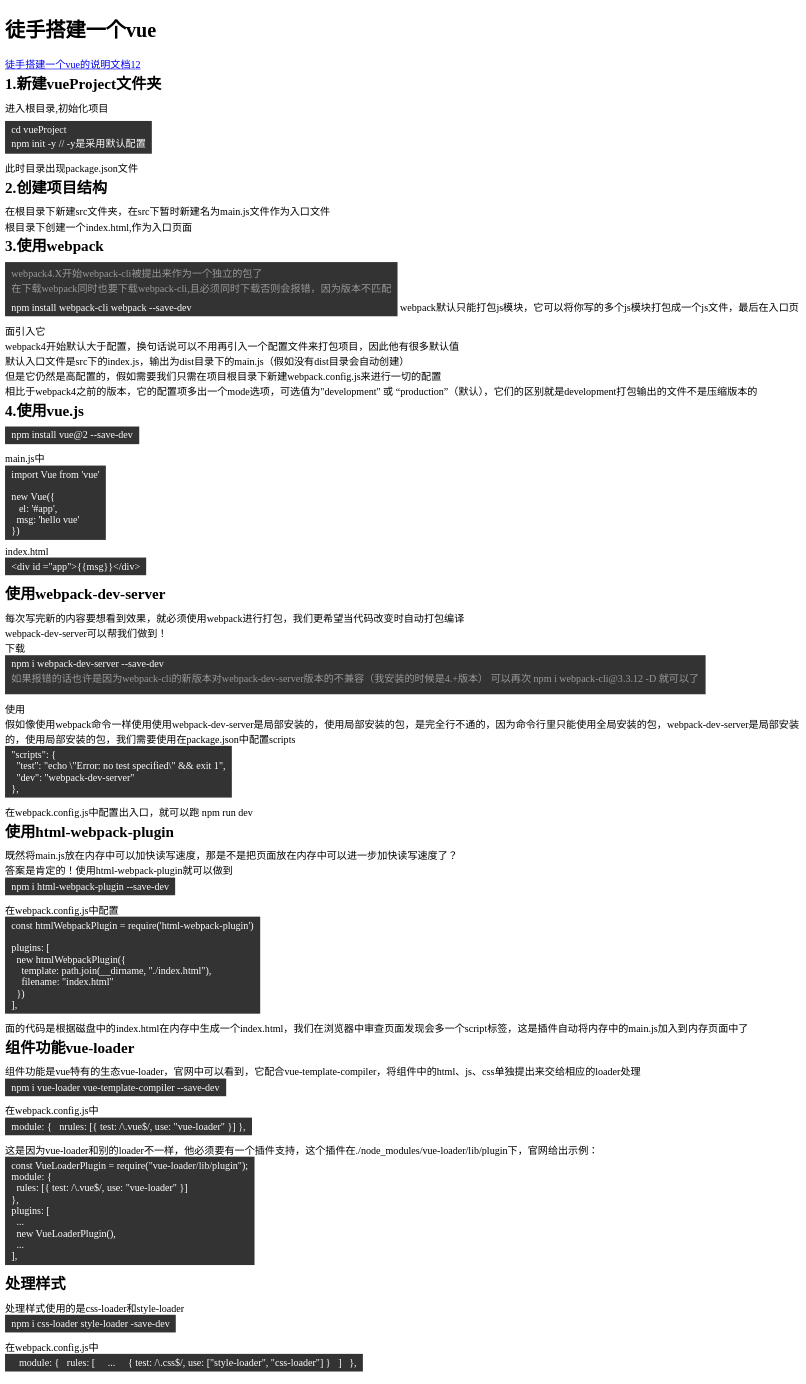
Repository: yuWhy/vue-build-cli
Page: /#/vueBuild
The author's editor kept a copy of each file at every save. The page is drawn from the files as they stood at one save, then again after the next save.
The browser window is 1280 px wide. The pictures show the whole page, at 63% of full size.
The project was rebuilt for these pictures with package versions that can differ from the ones it lists, and the page was loaded fresh each time. Also part of the build but not shown: webpack.config.js, src/router/index.js.

Above is the page before, as saved 2021-02-19 17:08:49.

### index.html
<!DOCTYPE html>
<html lang="en">

<head>
  <meta charset="utf-8">
  <meta http-equiv="X-UA-Compatible" content="IE=edge">
  <meta name="viewport" content="width=device-width,initial-scale=1.0">
</head>

<body>
  <div id="app"></div>
</body>

</html>

### src/main.js
import Vue from 'vue'
import App from "./App.vue"
import router from './router/index.js'

new Vue({
  el: '#app',
  router,
  render: h => h(App)
})

### src/App.vue
<template>
  <div id="app">
    <h1>{{msg}}</h1>
    <router-link to="vueBuild">徒手搭建一个vue的说明文档</router-link>
    <router-link to="hello">1</router-link>
    <router-link to="login">2</router-link>
    <router-view></router-view>
  </div>
</template>

<script>
export default {
  name: 'App',
  data() {
    return {
      msg: '徒手搭建一个vue'
    }
  }
}
</script>

### src/components/vue-build.vue
<template>
  <div>
    <h2>1.新建vueProject文件夹</h2>
    <p>进入根目录,初始化项目</p>
    <div class="dimk">
      cd vueProject <br>
      npm init -y // -y是采用默认配置
    </div>
    <br>
    此时目录出现package.json文件
    <h2>2.创建项目结构</h2>
    在根目录下新建src文件夹，在src下暂时新建名为main.js文件作为入口文件<br>
    根目录下创建一个index.html,作为入口页面
    <h2>3.使用webpack</h2>
    <div class="dimk">
     <p class="hui"> webpack4.X开始webpack-cli被提出来作为一个独立的包了<br>
      在下载webpack同时也要下载webpack-cli,且必须同时下载否则会报错，因为版本不匹配<br></p>
      npm install webpack-cli webpack --save-dev<br>
    </div>
    webpack默认只能打包js模块，它可以将你写的多个js模块打包成一个js文件，最后在入口页面引入它<br>
    webpack4开始默认大于配置，换句话说可以不用再引入一个配置文件来打包项目，因此他有很多默认值<br>
    默认入口文件是src下的index.js，输出为dist目录下的main.js（假如没有dist目录会自动创建）<br>
    但是它仍然是高配置的，假如需要我们只需在项目根目录下新建webpack.config.js来进行一切的配置<br>
    相比于webpack4之前的版本，它的配置项多出一个mode选项，可选值为"development" 或 “production”（默认），它们的区别就是development打包输出的文件不是压缩版本的
    <h2>4.使用vue.js</h2>
    <div class="dimk">npm install vue@2 --save-dev</div><br>
    main.js中<br>
    <div class="dimk">
      import Vue from 'vue'<br><br>
      new Vue({<br>
          &nbsp;&nbsp; el: '#app',<br>
          &nbsp;&nbsp;msg: 'hello vue'<br>
      })<br>
    </div><br>
    index.html<br>
    <div class="dimk">{{t1}}</div><br>
    <h2>使用webpack-dev-server</h2>
    每次写完新的内容要想看到效果，就必须使用webpack进行打包，我们更希望当代码改变时自动打包编译<br>
    webpack-dev-server可以帮我们做到！<br>
    下载<br>
    <div class="dimk">npm i webpack-dev-server --save-dev
      <p class="hui">如果报错的话也许是因为webpack-cli的新版本对webpack-dev-server版本的不兼容（我安装的时候是4.+版本）
  可以再次 npm i webpack-cli@3.3.12 -D 就可以了</p>
    </div><br>
    使用<br>
    假如像使用webpack命令一样使用使用webpack-dev-server是局部安装的，使用局部安装的包，是完全行不通的，因为命令行里只能使用全局安装的包，webpack-dev-server是局部安装的，使用局部安装的包，我们需要使用在package.json中配置scripts<br>
    <div class="dimk">
      "scripts": {<br>
      &nbsp;&nbsp;"test": "echo \"Error: no test specified\" && exit 1",<br>
      &nbsp;&nbsp;"dev": "webpack-dev-server"<br>
      },
    </div><br>
    在webpack.config.js中配置出入口，就可以跑 npm run dev<br>
    <h2>使用html-webpack-plugin</h2>
    既然将main.js放在内存中可以加快读写速度，那是不是把页面放在内存中可以进一步加快读写速度了？<br>
    答案是肯定的！使用html-webpack-plugin就可以做到<br>
    <div class="dimk">npm i html-webpack-plugin --save-dev</div><br>
    在webpack.config.js中配置<br>
    <div class="dimk">
        const htmlWebpackPlugin = require('html-webpack-plugin')<br>
        <br>
        plugins: [<br>
          &nbsp;&nbsp;new htmlWebpackPlugin({<br>
            &nbsp;&nbsp;&nbsp;&nbsp;template: path.join(__dirname, "./index.html"),<br>
            &nbsp;&nbsp;&nbsp;&nbsp;filename: "index.html"<br>
          &nbsp;&nbsp;})<br>
        ],<br>
    </div><br>
    面的代码是根据磁盘中的index.html在内存中生成一个index.html，我们在浏览器中审查页面发现会多一个script标签，这是插件自动将内存中的main.js加入到内存页面中了<br>
  <h2>组件功能vue-loader</h2>
  组件功能是vue特有的生态vue-loader，官网中可以看到，它配合vue-template-compiler，将组件中的html、js、css单独提出来交给相应的loader处理<br>
  <div class="dimk">npm i vue-loader vue-template-compiler --save-dev</div><br>
  在webpack.config.js中<br>
  <div class="dimk">
    module: {
      &nbsp;&nbsp;nrules: [{ test: /\.vue$/, use: "vue-loader" }]
    },
  </div><br>
  这是因为vue-loader和别的loader不一样，他必须要有一个插件支持，这个插件在./node_modules/vue-loader/lib/plugin下，官网给出示例：<br>
  <div class="dimk">
    const VueLoaderPlugin = require("vue-loader/lib/plugin");<br>
    module: {<br>
      &nbsp;&nbsp;rules: [{ test: /\.vue$/, use: "vue-loader" }]<br>
    },<br>
    plugins: [<br>
      &nbsp;&nbsp;...<br>
      &nbsp;&nbsp;new VueLoaderPlugin(),<br>
      &nbsp;&nbsp;...<br>
    ],<br>
    </div><br>
    <h2>处理样式</h2>
    处理样式使用的是css-loader和style-loader<br>
    <div class="dimk">npm i css-loader style-loader -save-dev</div><br>
    在webpack.config.js中<br>
    <div class="dimk">
     &nbsp;&nbsp; module: {
        &nbsp;&nbsp;rules: [
            &nbsp;&nbsp;&nbsp;&nbsp;...
          &nbsp;&nbsp;&nbsp;&nbsp;{ test: /\.css$/, use: ["style-loader", "css-loader"] }
        &nbsp;&nbsp;]
      &nbsp;&nbsp;},
    </div><br>
  </div>
</template>
<script>
export default {
  name: 'vueBuild',
  data() {
    return {
      t1: '<div id ="app">{{msg}}</div>'
    }
  }
}
</script>
<style scoped>
* {
  padding: 0;
  margin: 0;
  margin-bottom: 10px;
}
  .dimk {
    background: #333;
    color: #fff;
    padding: 5px 10px;
    display: inline-block;
  }
  .dimk .hui {
    color: #999;
  }
</style>

After the next save:
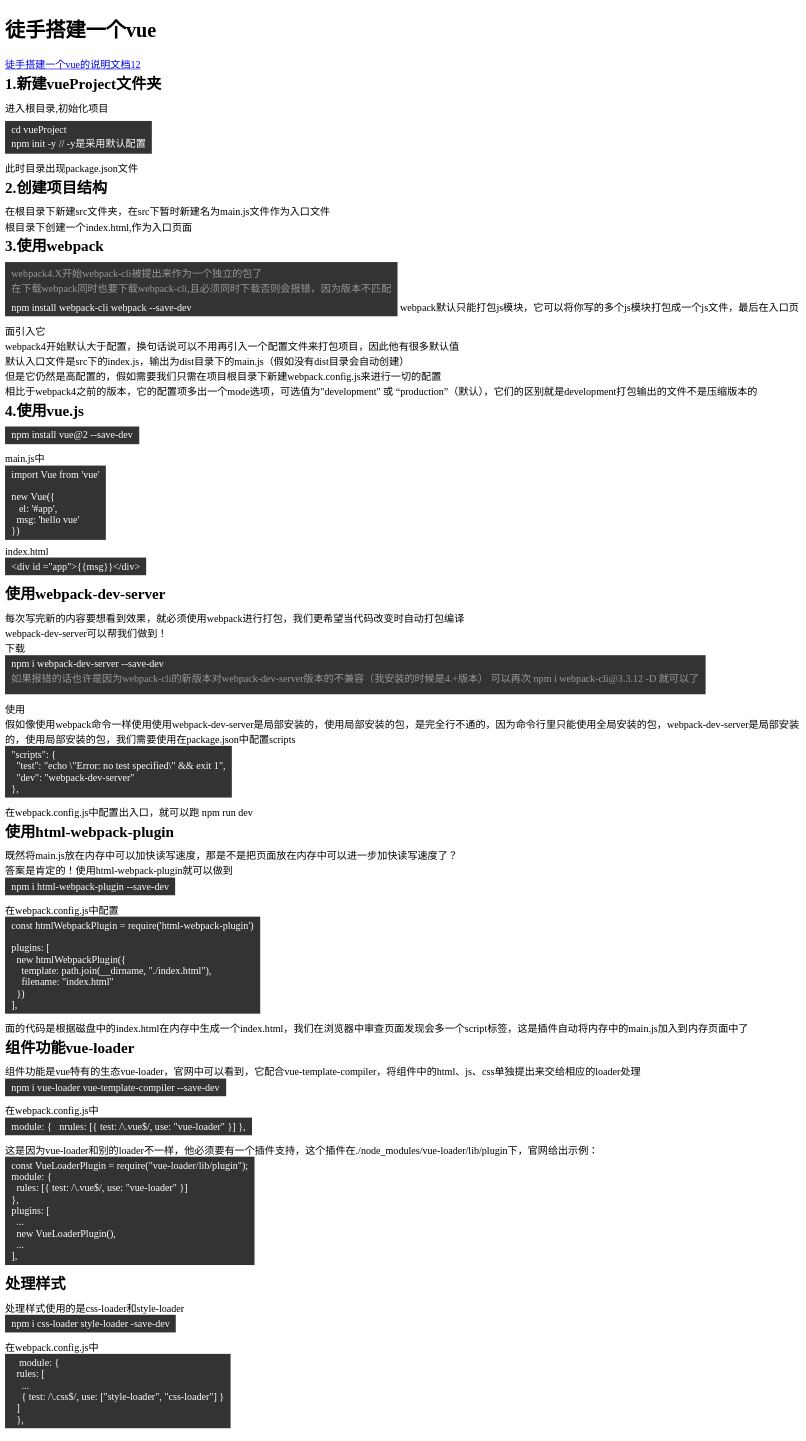
Saved 11 s later.
--- a/src/components/vue-build.vue
+++ b/src/components/vue-build.vue
@@ -93,12 +93,12 @@
     <div class="dimk">npm i css-loader style-loader -save-dev</div><br>
     在webpack.config.js中<br>
     <div class="dimk">
-     &nbsp;&nbsp; module: {
-        &nbsp;&nbsp;rules: [
-            &nbsp;&nbsp;&nbsp;&nbsp;...
-          &nbsp;&nbsp;&nbsp;&nbsp;{ test: /\.css$/, use: ["style-loader", "css-loader"] }
-        &nbsp;&nbsp;]
-      &nbsp;&nbsp;},
+     &nbsp;&nbsp; module: {<br>
+        &nbsp;&nbsp;rules: [<br>
+            &nbsp;&nbsp;&nbsp;&nbsp;...<br>
+          &nbsp;&nbsp;&nbsp;&nbsp;{ test: /\.css$/, use: ["style-loader", "css-loader"] }<br>
+        &nbsp;&nbsp;]<br>
+      &nbsp;&nbsp;},<br>
     </div><br>
   </div>
 </template>
